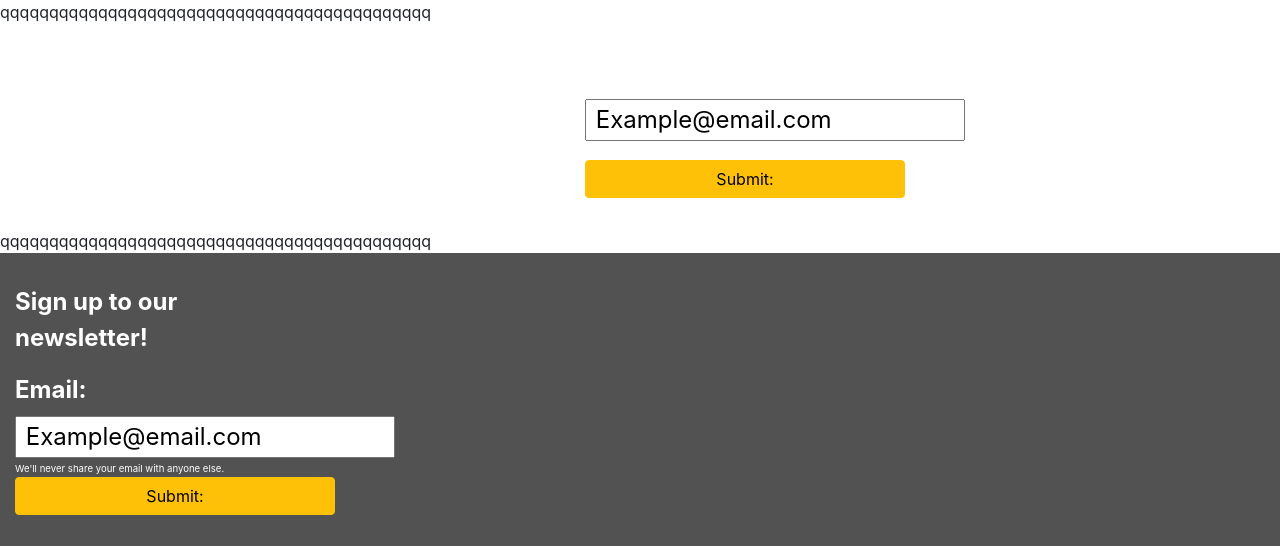
Repository: Felix-Redwood/Interactive-Frontend-Development-Milestone-Project
Page: index.html
The author's editor kept a record of every edit. The page is drawn from the files as they stood at one moment, then again after the next edit.
The browser window is 1280 px wide. The pictures show the part of the page from y = 720 to 1266 px (the page is 1266 px tall).
Backgrounds fixed to the window are drawn as part of the page.

Above is the page before.

After the next edit:
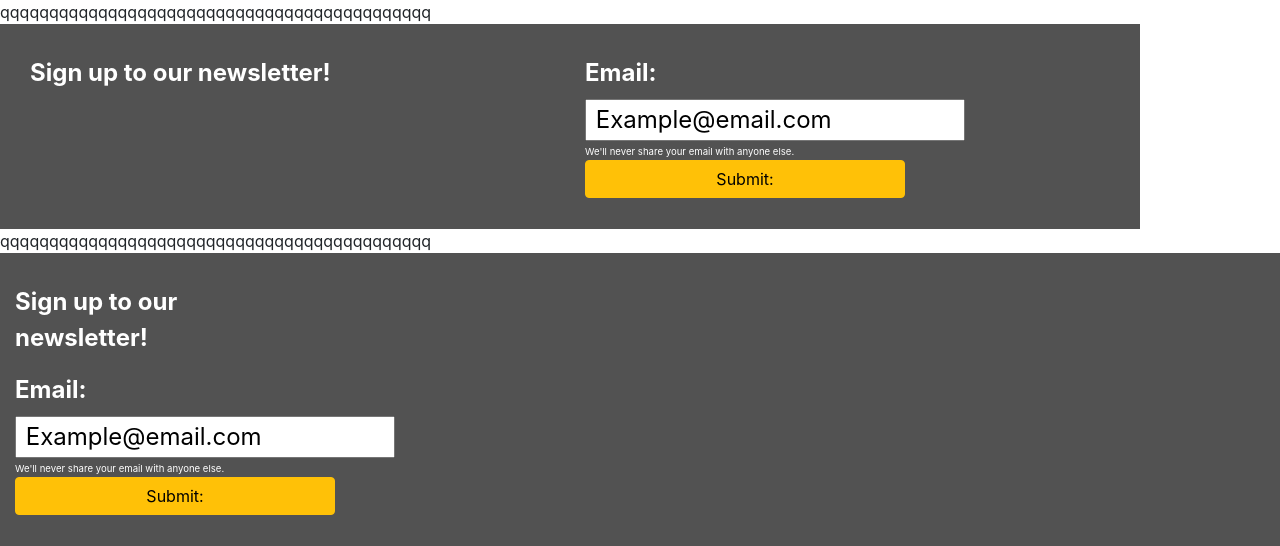
The edit:
--- a/index.html
+++ b/index.html
@@ -35,7 +35,7 @@
 
     qqqqqqqqqqqqqqqqqqqqqqqqqqqqqqqqqqqqqqqqqqqq
     <div class="container-wrapper">
-        <div class="container links-container content-container">
+        <div class="container links-container content-container email-harvester">
             <section>
                 <div class="row">
                     <div class="col-12 col-md-6 email-box">
